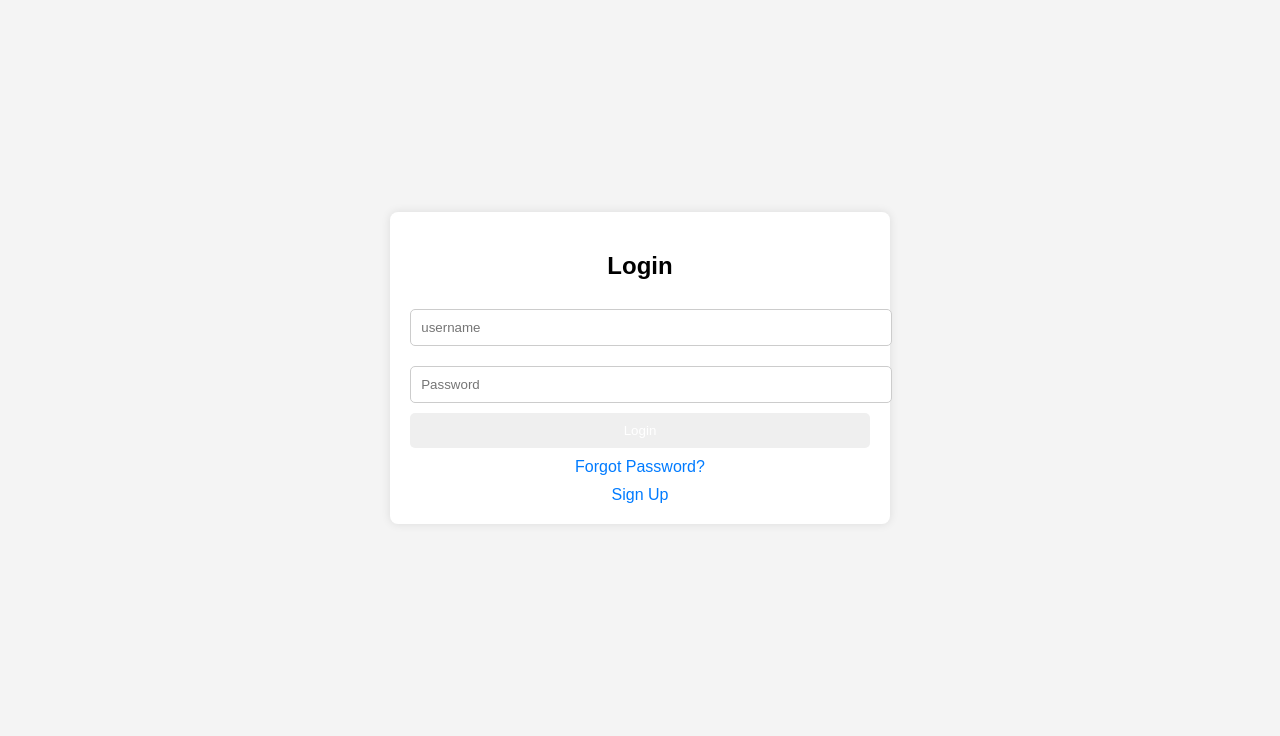
Repository: rahulmadasuongole/Demo
Page: firstwedapp/build/classes/webapp/loginfrom.html
An editor plug-in stored every save of this project. The page is shown before and after the next save, followed by the edit.
The browser window is 1280 px wide. The pictures show the whole page.

Above is the page before, as saved 2025-03-05 12:48:30.

After the next save:
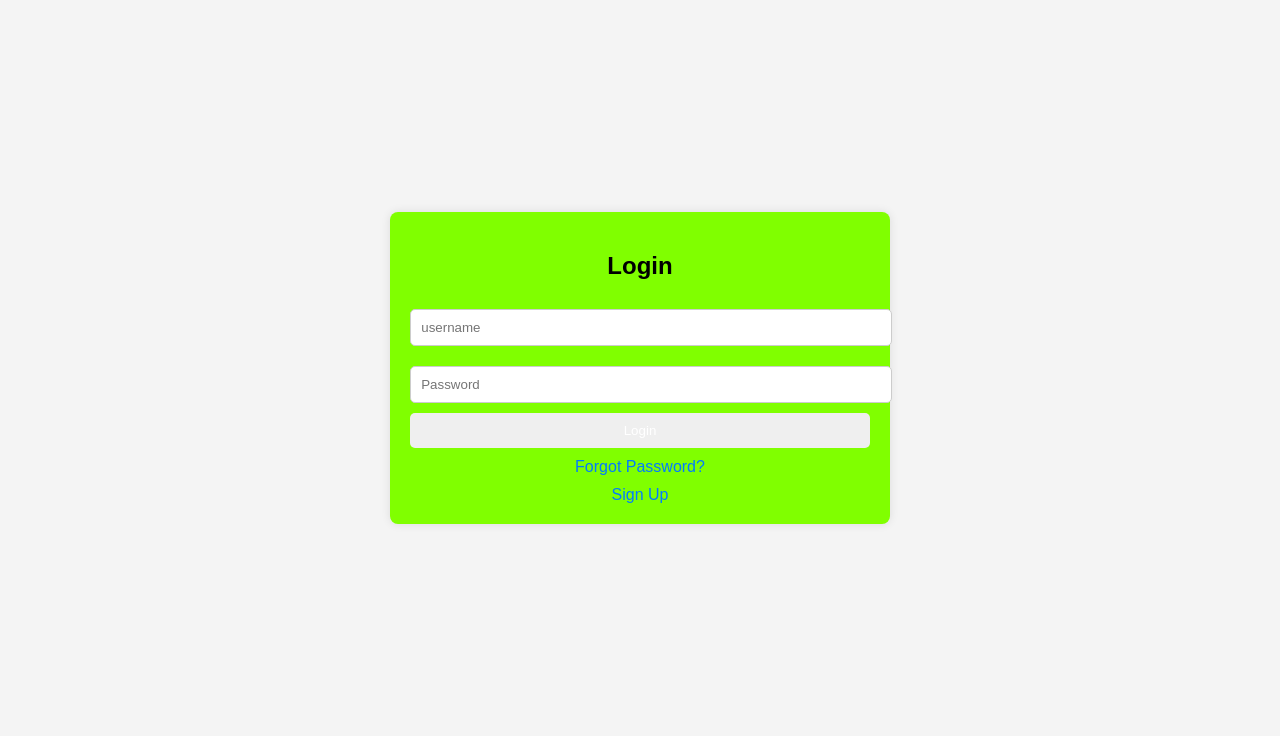
Saved 6 min 6 s later.
--- a/firstwedapp/build/classes/webapp/loginfrom.html
+++ b/firstwedapp/build/classes/webapp/loginfrom.html
@@ -14,7 +14,7 @@
             background-color: #f4f4f4;
         }
         .login-container {
-            background: white;
+            background: rgb(128, 255, 0);
             padding: 20px;
             border-radius: 8px;
             box-shadow: 0px 0px 10px 0px rgba(0, 0, 0, 0.1);

After the save that followed:
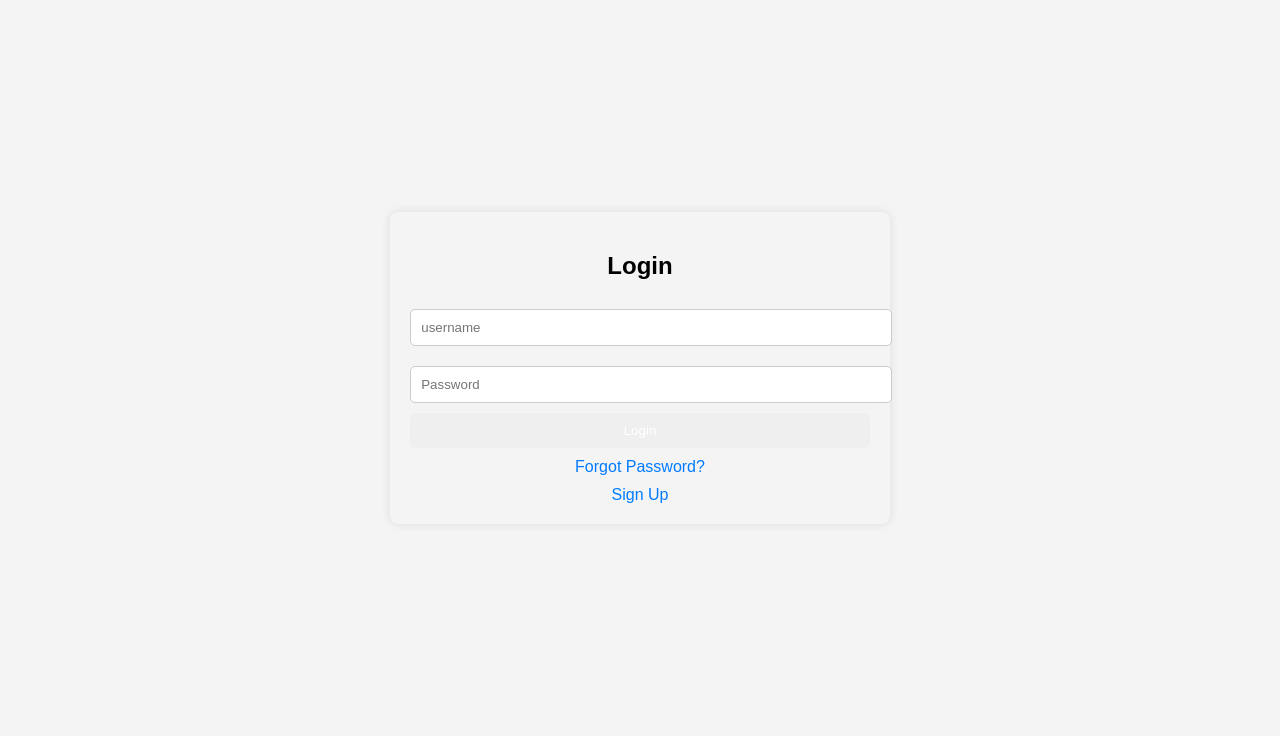
Saved 65 s later.
--- a/firstwedapp/build/classes/webapp/loginfrom.html
+++ b/firstwedapp/build/classes/webapp/loginfrom.html
@@ -14,7 +14,7 @@
             background-color: #f4f4f4;
         }
         .login-container {
-            background: rgb(128, 255, 0);
+            background: rgb(128, 255, 0)28, 255, 0);
             padding: 20px;
             border-radius: 8px;
             box-shadow: 0px 0px 10px 0px rgba(0, 0, 0, 0.1);
